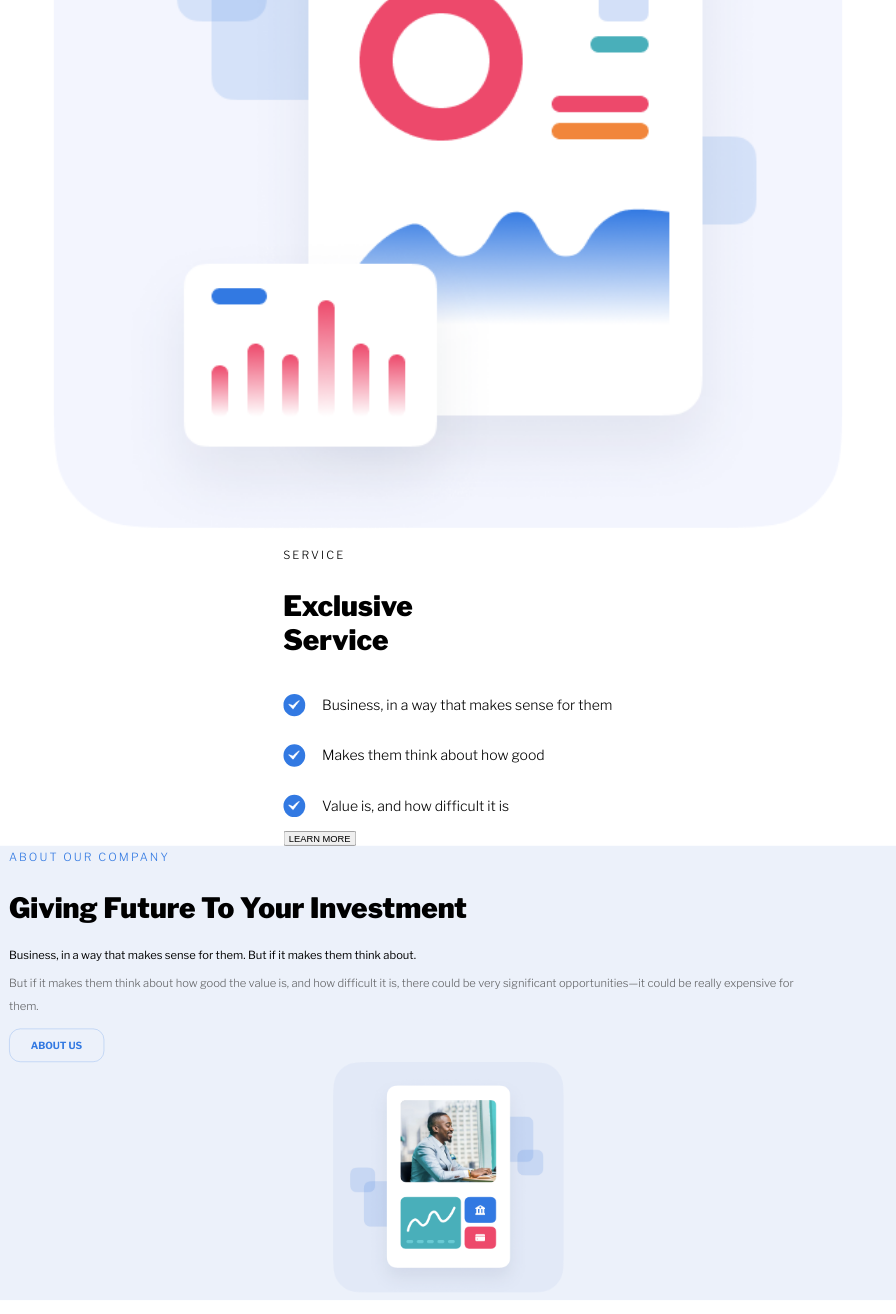
Repository: adryelfelipe/frontend-prova
Page: prova-figma/Prova/index.html
An editor plug-in stored every save of this project. The page is shown before and after a run of saves, followed by the edit.
The browser window is 1280 px wide. The pictures show the part of the page from y = 2015 to 3935 px (the page is 3892 px tall before and 3935 px after), at 70% of full size.

Above is the page before, as saved 2026-06-22 19:25:27.

After the next 4 saves:
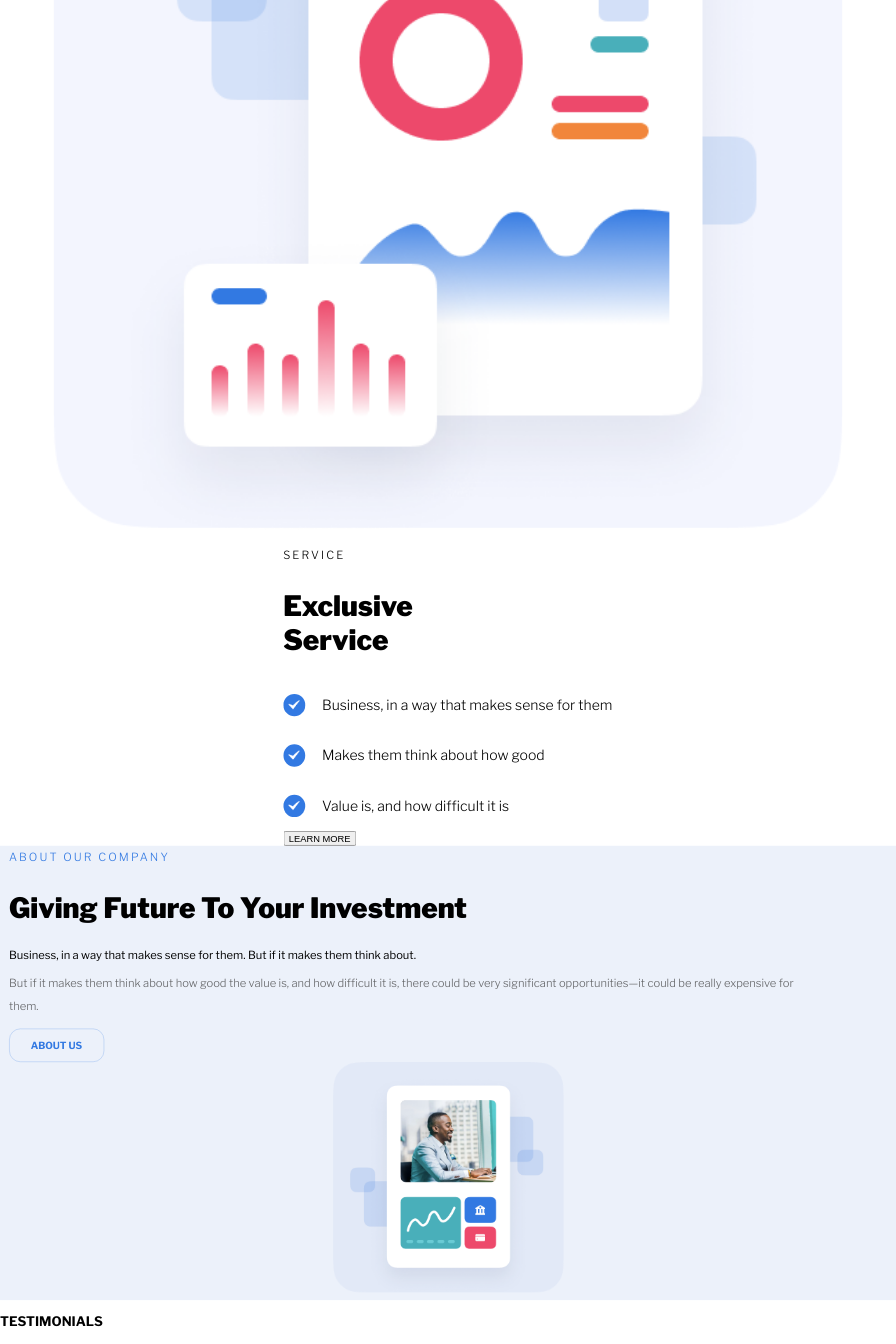
The 4 saves are shown as one change because they came seconds apart.
The last was saved 9 s later.
--- a/prova-figma/Prova/index.html
+++ b/prova-figma/Prova/index.html
@@ -116,7 +116,8 @@
             </article>
         </section>
         <section>
-            <h3></h3>
+            <h3>TESTIMONIALS</h3>
+            <h2></h2>
         </section>
     </main>
 </body>
